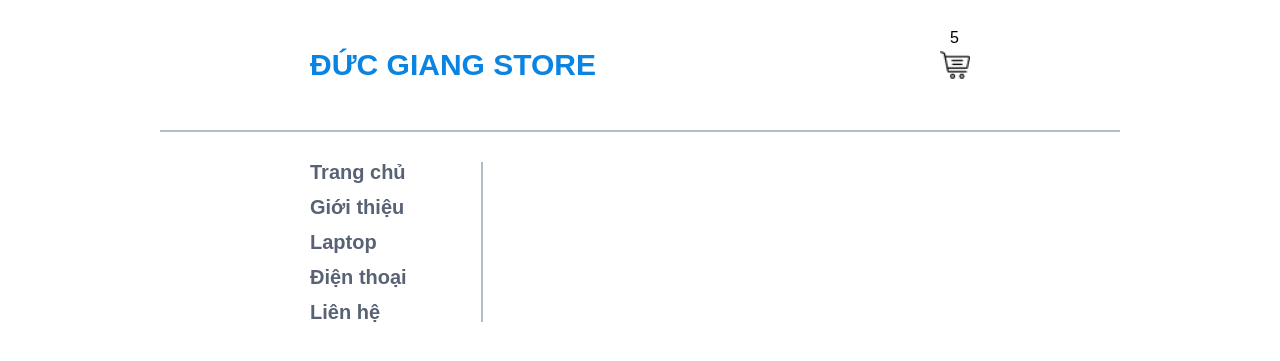
Repository: Giangattt123/PHP
Page: http://localhost/?page=home
The author's editor kept a copy of each file at every save. The page is drawn from the files as they stood at one save, then again after the next save.
The browser window is 1280 px wide. The pictures show the whole page.
Some web libraries are served in a nearby version. The page is run by PHP 8.4 with error messages shown; the project is at /var/www/html/.

Above is the page before, as saved 2023-03-23 21:05:42.
Console error: TypeError: Cannot read properties of null (reading 'addEventListener')

### PHP_Shopping-Cart/Shopping_Cart/index.php
<?php
    session_start();
    ob_start();
    require 'data/page.php';
    require 'data/product.php';
    require 'lib/template.php';
    require 'lib/url.php';
    require 'lib/product.php';
    require 'lib/number.php';
    require 'lib/reuse.php';
    require 'lib/pages.php';
    require 'lib/cart.php';

    get_header();
?>
<?php
    $mod = !empty($_GET['mod']) ? $_GET['mod'] : 'home';
    $act = !empty($_GET['act']) ? $_GET['act'] : 'main';
    $path = "modules/{$mod}/{$act}.php";
    if(file_exists($path)){
        require $path;
    }else{

    }
?>
<?php

?>

### PHP_Shopping-Cart/Shopping_Cart/data/page.php
<?php
// Data page
$list_page = array(
    1 => array(
        'id' => 1,
        'page-title' => 'Giới thiệu',
        'create_at' => '08/03/2023' , // timestamp
        'page-content' =>"<p><strong> [Giới thiệu] </strong> Chào mừng đến với trang web bán laptop, PC của ĐỨC GIANG PC! Tại đây, chúng tôi cung cấp cho bạn một loạt các sản phẩm laptop PC chất lượng cao từ các thương hiệu hàng đầu trên thị trường. Chúng tôi cam kết mang đến cho bạn những sản phẩm chất lượng, giá cả hợp lý và dịch vụ chăm sóc khách hàng tốt nhất. Bạn có thể tìm thấy các sản phẩm từ các thương hiệu như Dell, HP, Asus, Lenovo và nhiều hơn nữa. Hãy truy cập trang web của chúng tôi và mua sắm ngay hôm nay để có được chiếc laptop PC tốt nhất cho nhu cầu của bạn. Cảm ơn đã ghé thăm trang web của chúng tôi!</p>"
    ),
    2 => array(
        'id' => 2,
        'page-title' => 'Liên hệ',
        'create_at' => '08/03/2023' , // timestamp
        'page-content' =>"<p><strong> [Liên hệ] </strong> Chúng tôi rất mong nhận được sự phản hồi từ bạn! Nếu bạn có bất kỳ câu hỏi, yêu cầu hoặc góp ý nào, xin vui lòng liên hệ với chúng tôi thông qua trang liên hệ của ĐỨC GIANG PC. Chúng tôi sẵn sàng trợ giúp bạn trong mọi vấn đề liên quan đến sản phẩm. Bạn có thể liên hệ với chúng tôi qua email, điện thoại hoặc mẫu liên hệ trực tuyến. Chúng tôi luôn sẵn sàng lắng nghe và giải quyết mọi thắc mắc của bạn, liên tục cải thiện trang web của mình và cung cấp cho bạn trải nghiệm tốt nhất có thể. Chân thành cảm ơn bạn đã quan tâm đến trang web của ĐỨC GIANG PC và hy vọng sớm nhận được thông tin từ bạn!</p>",
    )
)
?>

### PHP_Shopping-Cart/Shopping_Cart/data/product.php
<?php
#Danh mục
$list_product_cat = array(
    1 => array(
        'id' => 1,
        'cat_title' => "Điện thoại",
    ),
    2 => array(
        'id' => 2,
        'cat_title' => "Laptop",
    ),
);
#Dữ liệu sản phẩm
$list_product = array(
    1 => array(
        'id' => 1,
        'product_title' =>  'iPhone 13 256GB',
        'price' => 19990000,
        'code' => 'UNI#1',
        'product_desc' => 'Apple thỏa mãn sự chờ đón của iFan và người dùng với sự ra mắt của iPhone 13.',
        'product_thumb' => 'https://img.tgdd.vn/imgt/f_webp,fit_outside,quality_100/https://cdn.tgdd.vn/Products/Images/42/250258/iphone-13-starlight-1-600x600.jpg',
        'product_content' => "<p>Bộ vi xử lý Apple A15 mới gia tăng tốc độ CPU tới 50% và GPU đồ họa nhanh hơn 30% so với các đối thủ cạnh tranh trong cùng phân khúc, giúp iPhone 13 thể hiện sức mạnh khả năng xử lý ấn tượng hơn, mượt mà trên mọi tác vụ.</p><p><img src='https://cdn.tgdd.vn/Products/Images/42/250258/iphone-13-256gb-2.jpg'></p>",
        'cat_id' => 1,
    ),
    2 => array(
        'id' => 2,
        'product_title' =>  'iPhone 14 256GB',
        'price' => 22990000,
        'code' => 'UNI#2',
        'product_desc' => 'Mới đây thì tại sự kiện ra mắt sản phẩm mới thường niên đến từ nhà Apple thì chiếc điện thoại iPhone 14 256GB cũng đã chính thức lộ diện',
        'product_thumb' => 'https://img.tgdd.vn/imgt/f_webp,fit_outside,quality_100/https://cdn.tgdd.vn/Products/Images/42/289663/iPhone-14-plus-thumb-den-600x600.jpg',
        'product_content' => "<p>Được hoàn thiện với những vật liệu cao cấp khi mặt lưng làm từ kính cùng bộ khung nhôm chắc chắn, điều này làm cho chiếc máy của bạn trở nên sang trọng và đẳng cấp hơn.</p><p><img src='https://cdn.tgdd.vn/Products/Images/42/289663/iphone-14-256gb-080922-035413.jpg'></p>",
        'cat_id' => 1,
    ),
    3 => array(
        'id' => 3,
        'product_title' =>  'OPPO A57 128GB' ,
        'price' => 4590000,
        'code' => 'UNI#3',
        'product_desc' => 'OPPO đã bổ sung thêm vào dòng sản phẩm OPPO A giá rẻ một thiết bị mới có tên OPPO A57 128GB.',
        'product_thumb' => 'https://img.tgdd.vn/imgt/f_webp,fit_outside,quality_100/https://cdn.tgdd.vn/Products/Images/42/285082/oppo-a57-den-thumb-600x600.jpeg',
        'product_content' => "<p>Khác với mẫu A57 5G đã được ra mắt trước đó, điện thoại dòng A mới có màn hình HD+, camera chính 13 MP và pin 5000 mAh.</p><p><img src='https://cdn.tgdd.vn/Products/Images/42/282090/oppo-a57-4g-2_1280x720.jpg'></p>",
        'cat_id' => 1,
    ),
    4 => array(
        'id' => 4,
        'product_title' =>  'MacBook Pro 13',
        'price' => 30490000,
        'code' => 'UNI#4',
        'product_desc' => 'Đặc điểm nổi bật của MacBook Pro 13" 2020 Touch Bar M1 512GB',
        'product_thumb' => 'https://images.fpt.shop/unsafe/fit-in/214x214/filters:quality(90):fill(white)/fptshop.com.vn/Uploads/Originals/2022/6/7/637901935364438149_macbook-pro-m2-2022-xam-dd.jpg',
        'product_content' => "<p> MacBook Pro M1 13 inch 2020 Touch Bar mới với bộ vi xử lý Apple M1 cho bạn hiệu suất và thời lượng pin tuyệt vời nhất từ trước đến nay, mang đến hiệu năng chuyên nghiệp để hoàn thành những công việc chuyên nghiệp.</p><p><img src='https://images.fpt.shop/unsafe/filters:quality(90)/fptshop.com.vn/Uploads/images/2015/Tin-Tuc/QuanLNH2/macbook-pro-13-m1-1.jpg'></p>",
        'cat_id' => 2,
    ),
    5 => array(
        'id' => 5,
        'product_title' =>  'MacBook Pro 14',
        'price' => 52490000,
        'code' => 'UNI#5',
        'product_desc' => 'Đặc điểm nổi bật của MacBook Pro 14 2023 M2 Pro 10CPU 16GPU 16GB/512GB',
        'product_thumb' => 'https://images.fpt.shop/unsafe/fit-in/240x215/filters:quality(90):fill(white)/fptshop.com.vn/Uploads/Originals/2023/1/18/638096308244034700_macbook-pro-14-2023-m2-pro-10cpu-16gpu-bac-dd.jpg',
        'product_content' => "<p>Phiên bản chuyên nghiệp dành cho những người chuyên nghiệp, MacBook Pro 2023 14 inch với chip M2 Pro đem lại nguồn sức mạnh ấn tượng và vượt xa thế hệ cũ.</p><p><img src='https://fptshop.com.vn/Uploads/images/2015/Tin-Tuc/DuyLe/Android/Gionee/Macbook-pro-14-2023-m2-pro-3.jpg'></p>",
        'cat_id' => 2,
    ),
    6 => array(
        'id' => 6,
        'product_title' =>  'MacBook Pro 15',
        'price' => 65490000,
        'code' => 'UNI#6',
        'product_desc' => 'Đặc điểm nổi bật của MacBook Pro 16" 2021 M1 Pro Ram 32GB',
        'product_thumb' => 'https://images.fpt.shop/unsafe/fit-in/240x215/filters:quality(90):fill(white)/fptshop.com.vn/Uploads/Originals/2021/10/20/637703174146015116_macbook-pro-16-2021-xam-dd.jpg',
        'product_content' => "<p>MacBook Pro 16 inch 2021 chính là dòng máy tính xách tay mạnh nhất thế giới hiện nay với sức mạnh tối thượng từ bộ vi xử lý M1 Pro.</p><p><img src='https://fptshop.com.vn/Uploads/images/2015/Tin-Tuc/QuanLNH2/macbook-pro-16-real-life-2.jpg'></p>",
        'cat_id' => 2,
    ),
);

### PHP_Shopping-Cart/Shopping_Cart/lib/template.php
<?php
function get_header($version = ''){
    if(!empty($version)){
        $path_header = "inc/header-{$version}.php";
    }else{
        $path_header = "inc/header.php";
    }
    if(file_exists($path_header)){
        require $path_header;
    }else{
        echo "Không tồn tại đường dẫn {$path_header}";
    }
}
function get_footer($version = ''){
    if(!empty($version)){
        $path_footer = "inc/footer-{$version}.php";
    }else{
        $path_footer = "inc/footer.php";
    }
    if(file_exists($path_footer)){
        require $path_footer;
    }else{
        echo "Không tồn tại đường dẫn {$path_footer}";
    }

}
function get_sidebar(){
    require 'inc/sidebar.php';
}
?>

### PHP_Shopping-Cart/Shopping_Cart/lib/url.php
<?php
    function redirect($url = '?page=home'){
        if(!empty($url)){
            header("Location: {$url}");
        }
    }
?>

### PHP_Shopping-Cart/Shopping_Cart/lib/product.php
<?php
    function get_info_cat($cat_id){
        global $list_product_cat;
        if(array_key_exists($cat_id , $list_product_cat)){
            return $list_product_cat[$cat_id];
        }
        return false;
    }
    function get_list_product_by_cat_id($cat_id){
        global $list_product;
        // Mảng chứa ds sp theo cat_id
        $result = array();
        foreach($list_product as $item){
            if($item['cat_id'] == $cat_id){
                $item['url'] = "?mod=product&act=detail&id={$item['id']}";
                $result[] = $item;
            }
        }
        return $result;
    }
    function get_product_by_id($id){
        global $list_product;
        if(array_key_exists($id , $list_product)){
            $list_product[$id]['url_add_cart'] = "?mod=cart&act=add&id={$id}";
            $list_product[$id]['url'] = "?mod=product&act=detail&id={$id}";
            return $list_product[$id];
        }
        return false;
    }
?>

### PHP_Shopping-Cart/Shopping_Cart/lib/number.php
<?php
// Viết hàm chuyển đổi giá tiền của một sản phẩm về đúng định dạng
// Tự xây dựng hàm và sử dụng hàm có sẵn
// Ví dụ 10450000 => 10.450.000
// Build-in function : number_format(number)
// return number_format($number).' '."VND";
// Build
    function currency_format_1($amount){
        $formattedAmount = "";
        $count = 0;
        while($amount > 0) {
            if($count == 3) {
                $formattedAmount = "," . $formattedAmount;
                $count = 0;
            }
            $formattedAmount = chr($amount % 10 + ord('0')) . $formattedAmount;
            $amount =  floor($amount / 10);
            $count++;
        }
        return (int) $formattedAmount;
        // Giang_Pentest
    }
    function currency_format($number){
        return number_format($number).' '."VND";
    }
    //echo currency_format_1();
    // $x = 1500000;
    // echo var_dump($x);
    // $x = 1234;
    // echo var_dump($x);
    // $y = $x / 10;
    // echo $y;
    // echo var_dump($y);
    // function currency_format($number){
    //     return number_format($number).' '."VND";
    // }

?>

### PHP_Shopping-Cart/Shopping_Cart/lib/reuse.php
<?php
     function show_array($data){
        if(is_array($data)){
            echo "<pre>";
            print_r($data);
            echo "</pre>";
        }
    }
?>

### PHP_Shopping-Cart/Shopping_Cart/lib/pages.php
<?php
    function get_page_by_id($id){
        global $list_page;
        if(array_key_exists($id , $list_page)){
            return $list_page[$id];
        }
        return false;
    }

    // function show_array($data){
    //     if(is_array($data)){
    //         echo "<pre>";
    //         print_r($data);
    //         echo "</pre>";
    //     }
    //}
?>

### PHP_Shopping-Cart/Shopping_Cart/lib/cart.php
<?php
    function add_cart($id){
        $item = get_product_by_id($id);
        $qty = 1;
        if(isset($_SESSION['cart']['buy']) && array_key_exists($id , $_SESSION['cart']['buy'])){
            $qty = $_SESSION['cart']['buy'][$id]['qty'] + 1;
        }
        $_SESSION['cart']['buy'][$id] = array(
            'url' => $item['url'] ,
            'id' => $item['id'],
            'product_title' => $item['product_title'],
            'price' => $item['price'],
            'product_thumb' => $item['product_thumb'],
            'code' => $item['code'],
            'qty' => $qty,
            'sub_total' => ($item['price'] * $qty)
        );// Cập nhật hóa đơn
        // show_array($_SESSION['cart']);
        update_info_cart();
    }

    function update_info_cart(){
        # Thông tin tổng kết của đơn hàng
        $num_order = 0;
        $total = 0;
        foreach($_SESSION['cart']['buy'] as $item){
            $num_order += $item['qty'];
            $total += $item['sub_total'];
        }
        $_SESSION['cart']['info'] = array(
            'num_order' => $num_order,
            'total' => $total
        );
    }
    function get_list_buy_cart(){
        if(isset($_SESSION['cart'])){
            return $_SESSION['cart']['buy'];
        }
    }
?>

### PHP_Shopping-Cart/Shopping_Cart/inc/header.php
<!DOCTYPE html>
<html lang="en">

<head>
    <meta charset="UTF-8">
    <meta http-equiv="X-UA-Compatible" content="IE=edge">
    <meta name="viewport" content="width=device-width, initial-scale=1.0">
    <title>ĐỨC GIANG STORE</title>
    <link rel="stylesheet" href="public/css/reset.css">
    <link rel="stylesheet" href="public/css/style.css">
    <link rel="stylesheet" href="https://cdnjs.cloudflare.com/ajax/libs/font-awesome/6.3.0/css/all.min.css"
        integrity="sha512-SzlrxWUlpfuzQ+pcUCosxcglQRNAq/DZjVsC0lE40xsADsfeQoEypE+enwcOiGjk/bSuGGKHEyjSoQ1zVisanQ=="
        crossorigin="anonymous" referrerpolicy="no-referrer" />
    <script src="public/js/main.js"></script>
</head>

<body>
    <div class="wrapper">
        <div class="wrapper-content">
            <div class="header">
                <div class="header-content">
                    <div class="item-left">
                        <a href="?mod=home" class="logo">ĐỨC GIANG STORE</a>
                    </div>
                    <div class="item-right">
                        <div class="cart">
                            <a href="?mod=cart&act=show" class="cart-icon">
                                <img src="public/images/icon-cart.png" alt="Icon_Cart" class="icon-image">
                            </a>
                            <span class="cart-number">5</span>
                        </div>
                    </div>
                </div>
            </div>
            <!-- end header -->

### PHP_Shopping-Cart/Shopping_Cart/modules/home/main.php
<?php
 get_sidebar();
?>
<!-- <div class="content">
    <div class="content-container">
        <div class="menu-select">
            <ul class="menu">
                <li class="menu-item">
                    <a href="" class="cards" onclick="toggleActive(this)">Trang chủ</a>
                </li>
                <li class="menu-item">
                    <a href="?mod=page&act=detail&id=1" class="cards" onclick="toggleActive(this)">Giới thiệu</a>
                </li>
                <li class="menu-item">
                    <a href="" class="cards" onclick="toggleActive(this)">Laptop</a>
                </li>
                <li class="menu-item">
                    <a href="" class="cards" onclick="toggleActive(this)">Điện thoại</a>
                </li>
                <li class="menu-item">
                    <a href="?mod=page&act=detail&id=2" class="cards" onclick="toggleActive(this)">Liên hệ</a>
                </li>
            </ul>
        </div>

        <div class="menu-content">

        </div>
    </div>
</div>
end content -->

### PHP_Shopping-Cart/Shopping_Cart/inc/sidebar.php
<div class="menu-select">
    <ul class="menu">
        <li class="menu-item">
            <a href="?mod=home&act=main" class="cards" onclick="toggleActive(this)">Trang chủ</a>
        </li>
        <li class="menu-item">
            <a href="?mod=page&act=detail&id=1" class="cards" onclick="toggleActive(this)">Giới thiệu</a>
        </li>
        <li class="menu-item">
            <a href="?mod=product&act=main&cat_id=2" class="cards" onclick="toggleActive(this)">Laptop</a>
        </li>
        <li class="menu-item">
            <a href="?mod=product&act=main&cat_id=1" class="cards" onclick="toggleActive(this)">Điện thoại</a>
        </li>
        <li class="menu-item">
            <a href="?mod=page&act=detail&id=2" class="cards" onclick="toggleActive(this)">Liên hệ</a>
        </li>
    </ul>
</div>

### PHP_Shopping-Cart/Shopping_Cart/public/css/style.css
* {
  box-sizing: border-box;
}
html {
  font-size: 62.5%;
}
body {
  font-family: "Poppins", sans-serif;
  font-size: 1.6rem;
  font-weight: normal;
}
img {
  display: block;
  max-width: 100%;
}
.header-content {
  display: flex;
  justify-content: space-between;
  margin-left: 150px;
  margin-right: 150px;
  padding: 50px 0px;
  /* border-bottom: 1px solid #f00; */
}
.item-left .logo {
  font-size: 3rem;
  color: #0984e3;
  font-weight: bold;
}
.cart {
  position: relative;
  display: flex;
  align-items: center;
}
.cart .cart-icon .icon-image {
  width: 30px;
  height: 30px;
}
.cart .cart-number {
  position: absolute;
  top: -20px;
  left: 10px;
}
.header {
  border-bottom: 2px solid #b2bec3;
}
.content-container {
  display: flex;
}
.menu-select {
  width: 18%;
  margin-left: 150px;
  font-size: 2rem;
  /* margin-top: 30px; */
  border-right: 2px solid #b2bec3;
  min-height: 100%;
}
.menu-content {
  width: 80%;
  margin-top: 30px;
  margin-left: 30px;
  margin-right: 150px;
}
.menu-select ul.menu li:not(:first-child) {
  margin-top: 15px;
  color: #0984e3;
}
.menu {
  margin-top: 30px;
}
a {
  color: #596275;
  font-weight: bold;
}
a.active:active,
a.active:focus {
  color: plum;
}
h3.section-title {
  font-size: 2rem;
  font-weight: bold;
  margin-bottom: 20px;
}
p.create-date {
  margin-bottom: 20px;
}
.contents-news {
  line-height: 1.4;
}
p,
p.section-desc,
p.price,
p.code,
p.desc_product {
  margin-bottom: 20px;
  line-height: 1.4;
}
ul.clearfix {
  display: flex;
}
li.fix {
  margin-right: 20px;
}
a.title_product {
  margin-top: 20px;
  display: block;
}
p.price {
  margin-top: 20px;
  color: #d63031;
}
.detail_product_head {
  display: flex;
}
p.code,
p.desc_product {
  font-weight: bold;
  font-size: 1.5rem;
}
.button {
  --color: #6a5af9;
  font-family: "Poppins", sans-serif;
  color: #000;
  padding: 15px 30px;
  border-radius: 4px;
  /* background-color: transparent; */
  cursor: pointer;
  font-weight: 500;
  outline: none;
  border: 1px solid var(--color);
  font-size: 16px;
  position: relative;
  isolation: isolate;
}

.button:before {
  content: "";
  height: 100%;
  width: 0;
  position: absolute;
  top: 0;
  left: 0;
  background-color: var(--color);
  z-index: -1;
  transition: width 0.25s ease-in;
}

.button:hover:before {
  width: 100%;
}
/*CART*/
.table > tfoot > tr > td {
  border-top: none !important;
}
#info-cart-wp table tr td {
  display: table-cell;
  vertical-align: middle;
  text-align: center;
  white-space: nowrap;
}
#info-cart-wp table thead tr td {
  font-family: "Roboto Medium";
  padding: 10px 20px;
  color: #333;
  border: 0;
}
#info-cart-wp table tbody tr td {
  color: #444;
  padding: 15px 0px;
}
#info-cart-wp table tbody tr td .num-order {
  width: 35px;
  height: 35px;
  line-height: 35px;
  text-align: center;
  border: 1px solid #bbb;
  border-radius: 3px;
}
#info-cart-wp table tbody tr td .thumb {
  display: inline-block;
  width: 100px;
  height: 100px;
  overflow: hidden;
  border: 1px solid #ddd;
}
#checkout-cart,
#update-cart {
  display: inline-block;
  color: #333;
  background: #ececec;
  border: 1px solid #c5c5c5;
  padding: 10px 15px;
  margin-right: 5px;
  font-size: 13px;
  border-radius: 3px;
}
#checkout-cart:hover,
#update-cart:hover {
  background: #d0d0d0;
}
#info-cart-wp table tfoot tr td #action-cart a:nth-child(2) {
  margin-right: 0;
}
#total-price {
  font-family: "Roboto Medium";
  font-weight: normal;
}
#total-price span {
  color: #ad0000;
}
#action-cart-wp {
  padding: 30px 0px;
}
#action-cart-wp .title {
  padding-bottom: 5px;
}
#action-cart-wp .section-detail .title span {
  font-family: "Roboto Medium";
  font-weight: normal;
}
#action-cart-wp a {
  display: inline-block;
  padding: 5px 0px;
  color: #006cbb;
  line-height: 21px;
}
.cart-page #breadcrumb-wp .title {
  display: block;
  padding: 20px 0px;
  font-family: "Roboto Medium";
  text-transform: uppercase;
  font-size: 18px;
  color: #272727;
  text-align: center;
}
#info-cart-wp .table thead {
  background: #efefef;
  border-top: 1px solid #dadada;
}
.wrapper {
  margin: 0 auto;
  width: 960px;
}

### PHP_Shopping-Cart/Shopping_Cart/public/js/main.js
function toggleActive(selected) {
  let cards = document.querySelectorAll(".cards");
  for (let i = 0; i < cards.length; i++) {
    cards[i].classList.remove("active");
  }
  selected.classList.add("active");
}
const toggle = document.querySelector(".menu-toggle");
const menu = document.querySelector(".menu");
toggle.addEventListener("click", handelToggleMenu);
function handelToggleMenu(event) {
  event.target.classList.toggle("fa-times");
  event.target.classList.toggle("fa-bars");
  menu.classList.toggle("menu-is_show");
}
document.addEventListener("click", handleClickOutMenu);
function handleClickOutMenu(event) {
  if (!menu.contains(event.target) && !event.target.matches(".menu-toggle")) {
    menu.classList.remove("menu-is_show");
    toggle.classList.remove("fa-times");
    toggle.classList.add("fa-bars");
  }
}
const tabItems = document.querySelectorAll(".tab-item");
[...tabItems].forEach((item) => item.addEventListener("click", handleTabClick));
function handleTabClick(event) {
  console.log(event.target);
  [...tabItems].forEach((item) => item.classList.remove("active"));
  event.target.classList.add("active");
  const tabNumBer = event.target.dataset.tab;
}

Loaded but not shown: PHP_Shopping-Cart/Shopping_Cart/public/css/reset.css (common file)

After the next save:
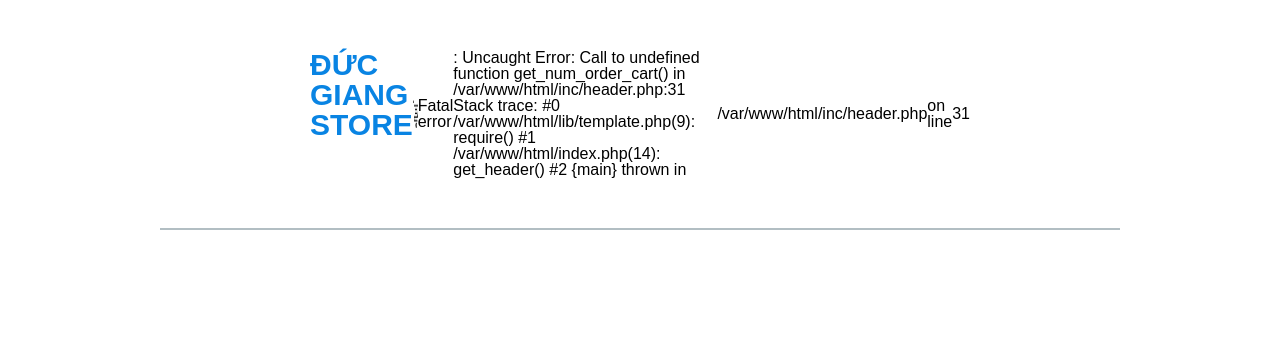
Saved 4 min 3 s later.
--- a/PHP_Shopping-Cart/Shopping_Cart/inc/header.php
+++ b/PHP_Shopping-Cart/Shopping_Cart/inc/header.php
@@ -27,7 +27,16 @@
                             <a href="?mod=cart&act=show" class="cart-icon">
                                 <img src="public/images/icon-cart.png" alt="Icon_Cart" class="icon-image">
                             </a>
-                            <span class="cart-number">5</span>
+                            <?php
+                                $num_order = get_num_order_cart();
+                                if($num_order > 0){
+                                    ?>
+                            <span class="cart-number"><?php echo $num_order;?></span>
+
+                            <?php
+                            }
+                             ?>
+
                         </div>
                     </div>
                 </div>
